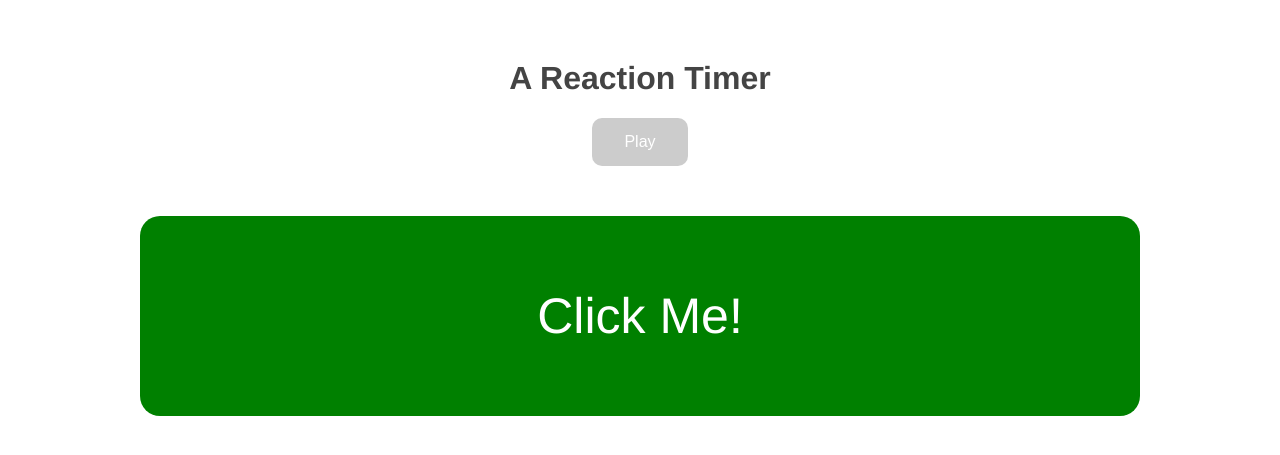
Repository: qudos4real/reaction-timer
Page: /, after clicking the first element matching `button`
These files come from the project's save history. The page is drawn as it stood at one moment and after the next save; the edit follows.
The browser window is 1280 px wide. The pictures show the whole page.
The project was rebuilt for these pictures with package versions that can differ from the ones it lists, and the page was loaded fresh each time. Also part of the build but not shown: vue.config.js, src/components/Results.vue.

Above is the page before, as saved 2022-12-28 15:45:06.

After the next save:
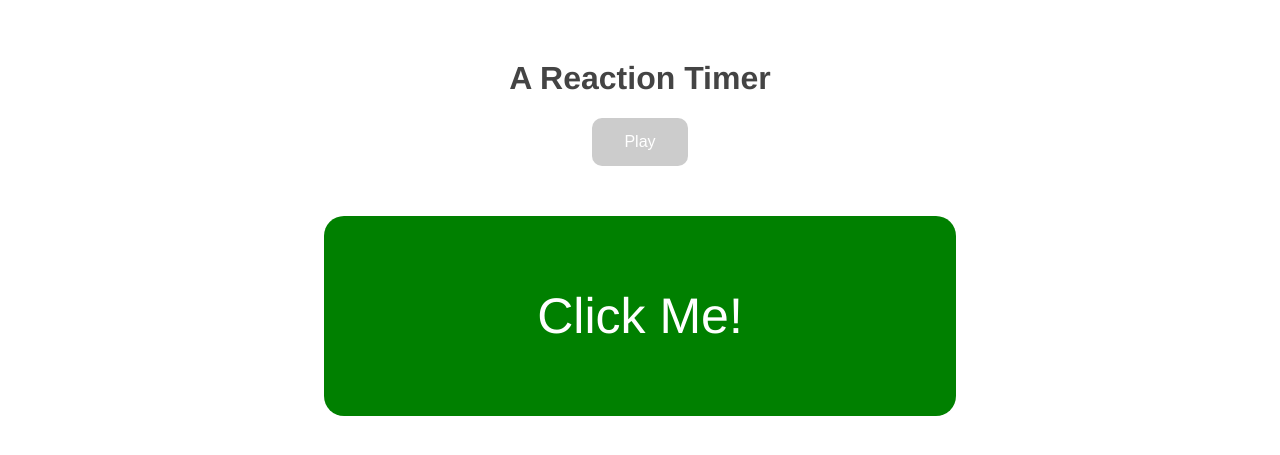
Saved 31 s later.
--- a/src/components/Block.vue
+++ b/src/components/Block.vue
@@ -39,7 +39,7 @@ methods: {
 
 <style>
 .block {
-    width: 1000px;
+    width: 50%;
     border-radius: 20px;
     text-align: center;
     margin: 50px auto;
